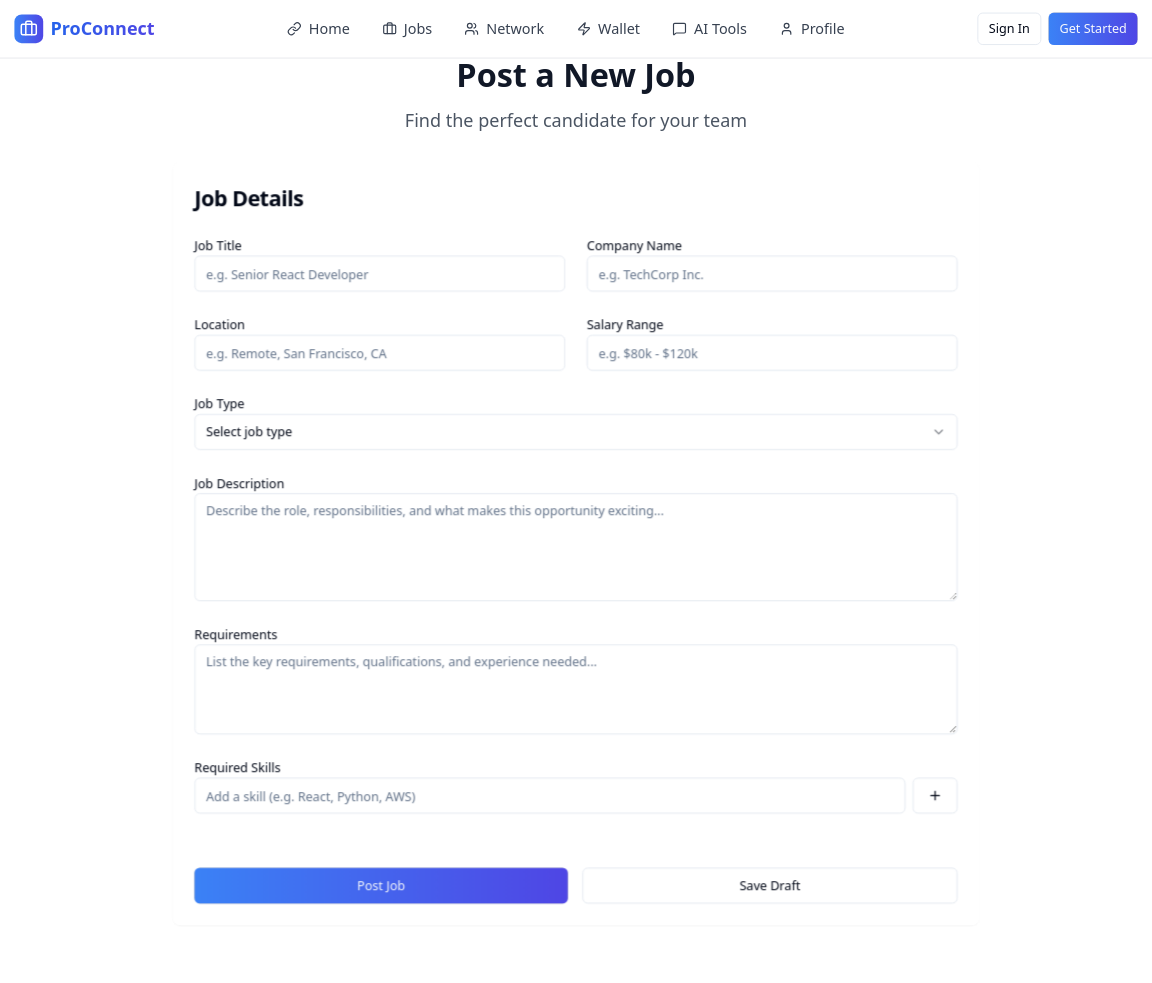
Repository: anjalikumari2207/connect-career-future
Page: /post-job (app in client/)
The author's editor kept a copy of each file at every save. The page is drawn from the files as they stood at one save, then again after the next save.
The browser window is 1280 px wide. The pictures show the whole page, at 90% of full size.
The project was rebuilt for these pictures with package versions that can differ from the ones it lists, and the page was loaded fresh each time. Also part of the build but not shown: client/vite.config.ts, client/src/components/ui/tooltip.tsx, client/src/pages/NotFound.tsx, client/src/pages/AuthPage.tsx, client/src/pages/ProfilePage.tsx, client/src/components/ui/badge.tsx, client/src/components/ui/avatar.tsx, client/src/api/job.ts and 5 more.

Above is the page before, as saved 2025-07-08 07:31:18.

### client/index.html

<!DOCTYPE html>
<html lang="en">
  <head>
    <meta charset="UTF-8" />
    <meta name="viewport" content="width=device-width, initial-scale=1.0" />
    <title>ProConnect - Professional Networking & Job Platform</title>
    <meta name="description" content="AI-powered professional networking and job platform with blockchain payments. Connect, discover opportunities, and grow your career." />
    <meta name="author" content="ProConnect" />

    <meta property="og:title" content="ProConnect - Professional Networking & Job Platform" />
    <meta property="og:description" content="AI-powered professional networking and job platform with blockchain payments. Connect, discover opportunities, and grow your career." />
    <meta property="og:type" content="website" />
    <meta property="og:image" content="https://lovable.dev/opengraph-image-p98pqg.png" />

    <meta name="twitter:card" content="summary_large_image" />
    <meta name="twitter:site" content="@proconnect_dev" />
    <meta name="twitter:image" content="https://lovable.dev/opengraph-image-p98pqg.png" />
  </head>

  <body>
    <div id="root"></div>
    <script type="module" src="/src/main.tsx"></script>
  </body>
</html>

### client/src/App.tsx
import { Toaster } from "@/components/ui/toaster";
import { Toaster as Sonner } from "@/components/ui/sonner";
import { TooltipProvider } from "@/components/ui/tooltip";
import { QueryClient, QueryClientProvider } from "@tanstack/react-query";
import { BrowserRouter, Routes, Route } from "react-router-dom";

import Navigation from "@/components/Navigation";
import NotFound from "@/pages/NotFound";
import AuthPage from "@/pages/AuthPage";
import ProfilePage from "@/pages/ProfilePage";
import PostJob from "@/pages/PostJob";
import JobFeed from "@/pages/JobFeed";
import Home from "@/pages/Home";
import NetworkingSection from "@/pages/NetworkingSection";
import WalletConnect from "@/pages/WalletConnect";
import AIFeatures from "@/pages/AIFeatures";

const queryClient = new QueryClient();

const App = () => (
  <QueryClientProvider client={queryClient}>
    <TooltipProvider>
      <Toaster />
      <Sonner />

      <BrowserRouter>
        {/* ✅ Show Navigation on every page */}
        <Navigation />

        {/* ✅ All routes */}
        <Routes>
          <Route path="/" element={<Home />} />
          <Route path="/auth" element={<AuthPage onLogin={(user) => console.log("Logged in:", user)} />} />
          <Route path="/post-job" element={<PostJob />} />
          <Route path="/jobs" element={<JobFeed />} />
          <Route path="/profile" element={<ProfilePage />} />
          <Route path="/network" element={<NetworkingSection />} />
          <Route path="/wallet" element={<WalletConnect />} />
          <Route path="/ai" element={<AIFeatures />} />
          <Route path="*" element={<NotFound />} />
        </Routes>
      </BrowserRouter>
    </TooltipProvider>
  </QueryClientProvider>
);

export default App;

### client/src/components/ui/toaster.tsx
import { useToast } from "@/hooks/use-toast"
import {
  Toast,
  ToastClose,
  ToastDescription,
  ToastProvider,
  ToastTitle,
  ToastViewport,
} from "@/components/ui/toast"

export function Toaster() {
  const { toasts } = useToast()

  return (
    <ToastProvider>
      {toasts.map(function ({ id, title, description, action, ...props }) {
        return (
          <Toast key={id} {...props}>
            <div className="grid gap-1">
              {title && <ToastTitle>{title}</ToastTitle>}
              {description && (
                <ToastDescription>{description}</ToastDescription>
              )}
            </div>
            {action}
            <ToastClose />
          </Toast>
        )
      })}
      <ToastViewport />
    </ToastProvider>
  )
}

### client/src/components/ui/sonner.tsx
import { useTheme } from "next-themes"
import { Toaster as Sonner, toast } from "sonner"

type ToasterProps = React.ComponentProps<typeof Sonner>

const Toaster = ({ ...props }: ToasterProps) => {
  const { theme = "system" } = useTheme()

  return (
    <Sonner
      theme={theme as ToasterProps["theme"]}
      className="toaster group"
      toastOptions={{
        classNames: {
          toast:
            "group toast group-[.toaster]:bg-background group-[.toaster]:text-foreground group-[.toaster]:border-border group-[.toaster]:shadow-lg",
          description: "group-[.toast]:text-muted-foreground",
          actionButton:
            "group-[.toast]:bg-primary group-[.toast]:text-primary-foreground",
          cancelButton:
            "group-[.toast]:bg-muted group-[.toast]:text-muted-foreground",
        },
      }}
      {...props}
    />
  )
}

export { Toaster, toast }

### client/src/pages/PostJob.tsx
import { useState } from "react";
import { Card, CardContent, CardHeader, CardTitle } from "@/components/ui/card";
import { Button } from "@/components/ui/button";
import { Input } from "@/components/ui/input";
import { Textarea } from "@/components/ui/textarea";
import { Label } from "@/components/ui/label";
import { Select, SelectContent, SelectItem, SelectTrigger, SelectValue } from "@/components/ui/select";
import { Badge } from "@/components/ui/badge";
import { X, Plus } from "lucide-react";
import { useToast } from "@/hooks/use-toast";
import { useWallet } from "@/hooks/useWallet";
import axios from "@/api/axios"; // ✅ use your token-enabled Axios instance

const PostJob = () => {
  const [jobData, setJobData] = useState({
    title: "",
    company: "",
    location: "",
    salary: "",
    type: "",
    description: "",
    requirements: "",
  });
  const [skills, setSkills] = useState<string[]>([]);
  const [newSkill, setNewSkill] = useState("");
  const { toast } = useToast();
  const { walletAddress, isConnected, connectWallet } = useWallet();

  {!isConnected ? (
  <button
    onClick={connectWallet}
    className="bg-purple-600 text-white px-4 py-2 rounded"
  >
    Connect Wallet
  </button>
) : (
  <p className="text-green-600 font-semibold mb-2">
    ✅ Wallet Connected: {walletAddress}
  </p>
)}

  const handleInputChange = (field: string, value: string) => {
    setJobData(prev => ({ ...prev, [field]: value }));
  };

  const addSkill = () => {
    if (newSkill.trim() && !skills.includes(newSkill.trim())) {
      setSkills([...skills, newSkill.trim()]);
      setNewSkill("");
    }
  };

  const removeSkill = (skillToRemove: string) => {
    setSkills(skills.filter(skill => skill !== skillToRemove));
  };

  const handleSubmit = async (e: React.FormEvent) => {
    e.preventDefault();

    try {
      const payload = { ...jobData, skills };
      const res = await axios.post("/jobs", payload);

      console.log("✅ Job posted:", res.data);

      toast({
        title: "Job Posted Successfully!",
        description: "Your job listing is now live and visible to candidates.",
      });

      // Reset form
      setJobData({
        title: "",
        company: "",
        location: "",
        salary: "",
        type: "",
        description: "",
        requirements: "",
      });
      setSkills([]);
    } catch (err: any) {
      console.error("❌ Job post failed", err);
      toast({
        title: "Error posting job",
        description: err.response?.data?.msg || "Something went wrong",
        variant: "destructive",
      });
    }
  };

  return (
    <div className="py-16 px-4">
      <div className="max-w-4xl mx-auto">
        <div className="text-center mb-8">
          <h2 className="text-4xl font-bold text-gray-900 mb-4">
            Post a New Job
          </h2>
          <p className="text-xl text-gray-600">
            Find the perfect candidate for your team
          </p>
        </div>

        <Card className="border-0 bg-white/80 backdrop-blur-sm">
          <CardHeader>
            <CardTitle className="text-2xl">Job Details</CardTitle>
          </CardHeader>
          <CardContent>
            <form onSubmit={handleSubmit} className="space-y-6">
              <div className="grid md:grid-cols-2 gap-6">
                <div>
                  <Label htmlFor="title">Job Title</Label>
                  <Input
                    id="title"
                    value={jobData.title}
                    onChange={(e) => handleInputChange("title", e.target.value)}
                    placeholder="e.g. Senior React Developer"
                    required
                  />
                </div>
                <div>
                  <Label htmlFor="company">Company Name</Label>
                  <Input
                    id="company"
                    value={jobData.company}
                    onChange={(e) => handleInputChange("company", e.target.value)}
                    placeholder="e.g. TechCorp Inc."
                    required
                  />
                </div>
              </div>

              <div className="grid md:grid-cols-2 gap-6">
                <div>
                  <Label htmlFor="location">Location</Label>
                  <Input
                    id="location"
                    value={jobData.location}
                    onChange={(e) => handleInputChange("location", e.target.value)}
                    placeholder="e.g. Remote, San Francisco, CA"
                    required
                  />
                </div>
                <div>
                  <Label htmlFor="salary">Salary Range</Label>
                  <Input
                    id="salary"
                    value={jobData.salary}
                    onChange={(e) => handleInputChange("salary", e.target.value)}
                    placeholder="e.g. $80k - $120k"
                    required
                  />
                </div>
              </div>

              <div>
                <Label htmlFor="type">Job Type</Label>
                <Select value={jobData.type} onValueChange={(value) => handleInputChange("type", value)}>
                  <SelectTrigger>
                    <SelectValue placeholder="Select job type" />
                  </SelectTrigger>
                  <SelectContent>
                    <SelectItem value="full-time">Full-time</SelectItem>
                    <SelectItem value="part-time">Part-time</SelectItem>
                    <SelectItem value="contract">Contract</SelectItem>
                    <SelectItem value="freelance">Freelance</SelectItem>
                    <SelectItem value="internship">Internship</SelectItem>
                  </SelectContent>
                </Select>
              </div>

              <div>
                <Label htmlFor="description">Job Description</Label>
                <Textarea
                  id="description"
                  value={jobData.description}
                  onChange={(e) => handleInputChange("description", e.target.value)}
                  placeholder="Describe the role, responsibilities, and what makes this opportunity exciting..."
                  className="min-h-[120px]"
                  required
                />
              </div>

              <div>
                <Label htmlFor="requirements">Requirements</Label>
                <Textarea
                  id="requirements"
                  value={jobData.requirements}
                  onChange={(e) => handleInputChange("requirements", e.target.value)}
                  placeholder="List the key requirements, qualifications, and experience needed..."
                  className="min-h-[100px]"
                  required
                />
              </div>

              <div>
                <Label>Required Skills</Label>
                <div className="flex gap-2 mb-3">
                  <Input
                    value={newSkill}
                    onChange={(e) => setNewSkill(e.target.value)}
                    placeholder="Add a skill (e.g. React, Python, AWS)"
                    onKeyPress={(e) => e.key === 'Enter' && (e.preventDefault(), addSkill())}
                  />
                  <Button type="button" onClick={addSkill} variant="outline">
                    <Plus className="w-4 h-4" />
                  </Button>
                </div>
                <div className="flex flex-wrap gap-2">
                  {skills.map((skill) => (
                    <Badge key={skill} variant="secondary" className="flex items-center gap-1">
                      {skill}
                      <X
                        className="w-3 h-3 cursor-pointer hover:text-red-500"
                        onClick={() => removeSkill(skill)}
                      />
                    </Badge>
                  ))}
                </div>
              </div>

              <div className="flex gap-4 pt-6">
                <Button type="submit" className="flex-1 bg-gradient-to-r from-blue-500 to-indigo-600 hover:from-blue-600 hover:to-indigo-700">
                  Post Job
                </Button>
                <Button type="button" variant="outline" className="flex-1">
                  Save Draft
                </Button>
              </div>
            </form>
          </CardContent>
        </Card>
      </div>
    </div>
  );
};

export default PostJob;

### client/src/api/axios.ts
// src/api/axios.ts
import axios from "axios";

const instance = axios.create({
  baseURL: "http://localhost:5000/api",
});

instance.interceptors.request.use((config) => {
  const token = localStorage.getItem("token");
  if (token) {
    config.headers.Authorization = token;
  }
  return config;
});

export default instance;

### client/src/components/ui/card.tsx
import * as React from "react"

import { cn } from "@/lib/utils"

const Card = React.forwardRef<
  HTMLDivElement,
  React.HTMLAttributes<HTMLDivElement>
>(({ className, ...props }, ref) => (
  <div
    ref={ref}
    className={cn(
      "rounded-lg border bg-card text-card-foreground shadow-sm",
      className
    )}
    {...props}
  />
))
Card.displayName = "Card"

const CardHeader = React.forwardRef<
  HTMLDivElement,
  React.HTMLAttributes<HTMLDivElement>
>(({ className, ...props }, ref) => (
  <div
    ref={ref}
    className={cn("flex flex-col space-y-1.5 p-6", className)}
    {...props}
  />
))
CardHeader.displayName = "CardHeader"

const CardTitle = React.forwardRef<
  HTMLParagraphElement,
  React.HTMLAttributes<HTMLHeadingElement>
>(({ className, ...props }, ref) => (
  <h3
    ref={ref}
    className={cn(
      "text-2xl font-semibold leading-none tracking-tight",
      className
    )}
    {...props}
  />
))
CardTitle.displayName = "CardTitle"

const CardDescription = React.forwardRef<
  HTMLParagraphElement,
  React.HTMLAttributes<HTMLParagraphElement>
>(({ className, ...props }, ref) => (
  <p
    ref={ref}
    className={cn("text-sm text-muted-foreground", className)}
    {...props}
  />
))
CardDescription.displayName = "CardDescription"

const CardContent = React.forwardRef<
  HTMLDivElement,
  React.HTMLAttributes<HTMLDivElement>
>(({ className, ...props }, ref) => (
  <div ref={ref} className={cn("p-6 pt-0", className)} {...props} />
))
CardContent.displayName = "CardContent"

const CardFooter = React.forwardRef<
  HTMLDivElement,
  React.HTMLAttributes<HTMLDivElement>
>(({ className, ...props }, ref) => (
  <div
    ref={ref}
    className={cn("flex items-center p-6 pt-0", className)}
    {...props}
  />
))
CardFooter.displayName = "CardFooter"

export { Card, CardHeader, CardFooter, CardTitle, CardDescription, CardContent }

### client/src/components/ui/input.tsx
import * as React from "react"

import { cn } from "@/lib/utils"

const Input = React.forwardRef<HTMLInputElement, React.ComponentProps<"input">>(
  ({ className, type, ...props }, ref) => {
    return (
      <input
        type={type}
        className={cn(
          "flex h-10 w-full rounded-md border border-input bg-background px-3 py-2 text-base ring-offset-background file:border-0 file:bg-transparent file:text-sm file:font-medium file:text-foreground placeholder:text-muted-foreground focus-visible:outline-none focus-visible:ring-2 focus-visible:ring-ring focus-visible:ring-offset-2 disabled:cursor-not-allowed disabled:opacity-50 md:text-sm",
          className
        )}
        ref={ref}
        {...props}
      />
    )
  }
)
Input.displayName = "Input"

export { Input }

### client/src/components/ui/textarea.tsx
import * as React from "react"

import { cn } from "@/lib/utils"

export interface TextareaProps
  extends React.TextareaHTMLAttributes<HTMLTextAreaElement> {}

const Textarea = React.forwardRef<HTMLTextAreaElement, TextareaProps>(
  ({ className, ...props }, ref) => {
    return (
      <textarea
        className={cn(
          "flex min-h-[80px] w-full rounded-md border border-input bg-background px-3 py-2 text-sm ring-offset-background placeholder:text-muted-foreground focus-visible:outline-none focus-visible:ring-2 focus-visible:ring-ring focus-visible:ring-offset-2 disabled:cursor-not-allowed disabled:opacity-50",
          className
        )}
        ref={ref}
        {...props}
      />
    )
  }
)
Textarea.displayName = "Textarea"

export { Textarea }

### client/src/components/ui/label.tsx
import * as React from "react"
import * as LabelPrimitive from "@radix-ui/react-label"
import { cva, type VariantProps } from "class-variance-authority"

import { cn } from "@/lib/utils"

const labelVariants = cva(
  "text-sm font-medium leading-none peer-disabled:cursor-not-allowed peer-disabled:opacity-70"
)

const Label = React.forwardRef<
  React.ElementRef<typeof LabelPrimitive.Root>,
  React.ComponentPropsWithoutRef<typeof LabelPrimitive.Root> &
    VariantProps<typeof labelVariants>
>(({ className, ...props }, ref) => (
  <LabelPrimitive.Root
    ref={ref}
    className={cn(labelVariants(), className)}
    {...props}
  />
))
Label.displayName = LabelPrimitive.Root.displayName

export { Label }

### client/src/hooks/useWallet.ts
import { useEffect, useState } from "react";
import { ethers } from "ethers";

export function useWallet() {
  const [walletAddress, setWalletAddress] = useState<string | null>(null);
  const [isConnected, setIsConnected] = useState(false);

  useEffect(() => {
    const checkWallet = async () => {
      if ((window as any).ethereum) {
        const provider = new ethers.BrowserProvider((window as any).ethereum);
        const accounts = await provider.listAccounts();
        if (accounts.length > 0) {
          setWalletAddress(accounts[0].address);
          setIsConnected(true);
        }
      }
    };

    checkWallet();
  }, []);

  const connectWallet = async () => {
    if (!(window as any).ethereum) {
      alert("MetaMask not found! Install it first.");
      return;
    }

    try {
      const provider = new ethers.BrowserProvider((window as any).ethereum);
      const accounts = await provider.send("eth_requestAccounts", []);
      if (accounts.length > 0) {
        setWalletAddress(accounts[0]);
        setIsConnected(true);
      }
    } catch (err) {
      console.error("Connection failed", err);
    }
  };

  return { walletAddress, isConnected, connectWallet };
}

Loaded but not shown: client/src/main.tsx (common file); client/src/index.css (common file); client/src/hooks/use-toast.ts (common file); client/src/lib/utils.ts (common file); client/tailwind.config.ts (common file); client/src/components/ui/select.tsx (158 lines, source omitted); client/src/components/ui/toast.tsx (127 lines, source omitted); client/src/components/Navigation.tsx (67 lines, source omitted); client/src/components/ui/button.tsx (56 lines, source omitted)

After the next save:
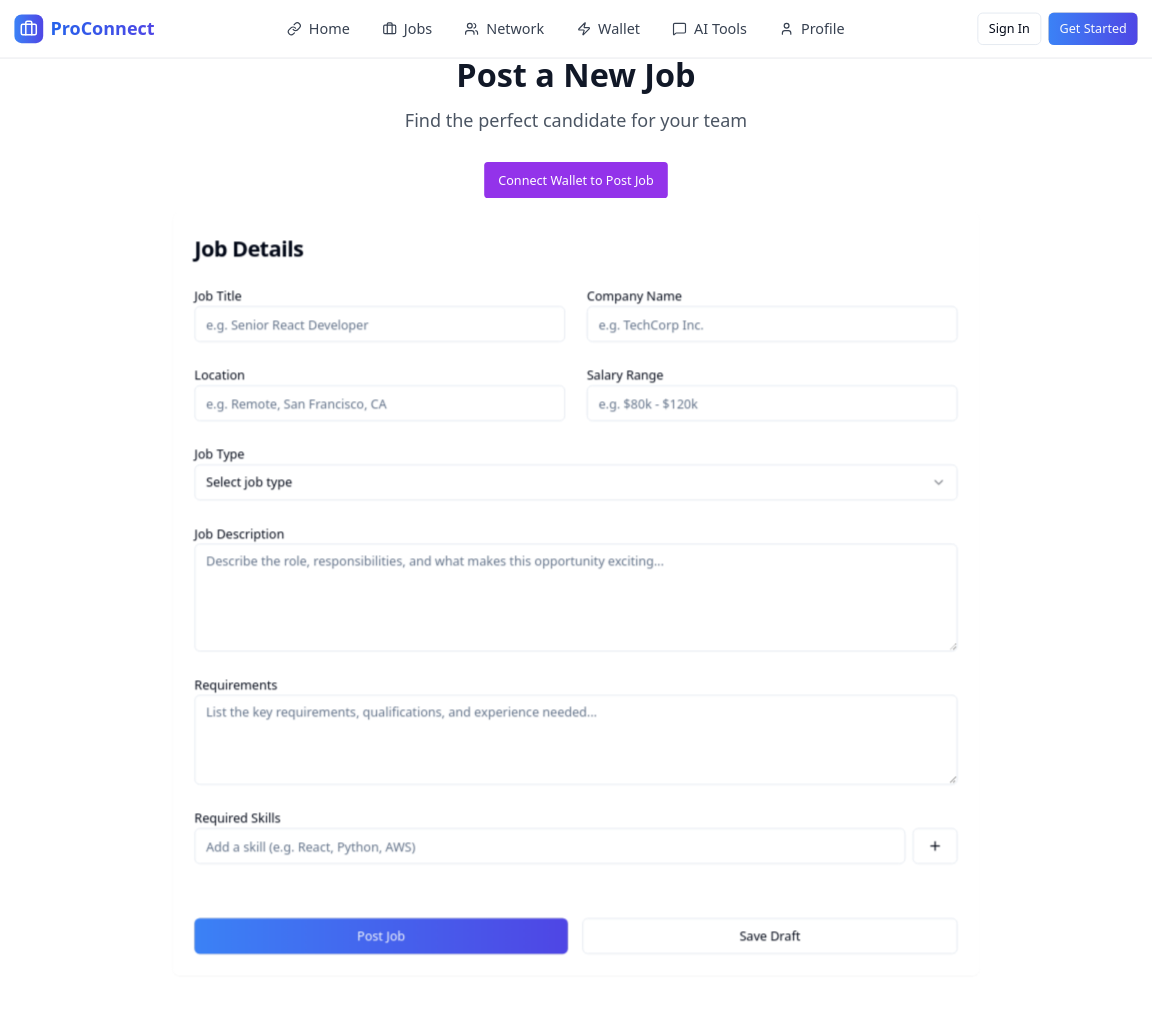
Saved 2 min 10 s later.
--- a/client/src/pages/PostJob.tsx
+++ b/client/src/pages/PostJob.tsx
@@ -9,7 +9,7 @@ import { Badge } from "@/components/ui/badge";
 import { X, Plus } from "lucide-react";
 import { useToast } from "@/hooks/use-toast";
 import { useWallet } from "@/hooks/useWallet";
-import axios from "@/api/axios"; // ✅ use your token-enabled Axios instance
+import axios from "@/api/axios";
 
 const PostJob = () => {
   const [jobData, setJobData] = useState({
@@ -26,19 +26,6 @@ const PostJob = () => {
   const { toast } = useToast();
   const { walletAddress, isConnected, connectWallet } = useWallet();
 
-  {!isConnected ? (
-  <button
-    onClick={connectWallet}
-    className="bg-purple-600 text-white px-4 py-2 rounded"
-  >
-    Connect Wallet
-  </button>
-) : (
-  <p className="text-green-600 font-semibold mb-2">
-    ✅ Wallet Connected: {walletAddress}
-  </p>
-)}
-
   const handleInputChange = (field: string, value: string) => {
     setJobData(prev => ({ ...prev, [field]: value }));
   };
@@ -57,6 +44,15 @@ const PostJob = () => {
   const handleSubmit = async (e: React.FormEvent) => {
     e.preventDefault();
 
+    if (!isConnected) {
+      toast({
+        title: "Wallet Not Connected",
+        description: "Please connect your wallet before posting.",
+        variant: "destructive",
+      });
+      return;
+    }
+
     try {
       const payload = { ...jobData, skills };
       const res = await axios.post("/jobs", payload);
@@ -68,7 +64,6 @@ const PostJob = () => {
         description: "Your job listing is now live and visible to candidates.",
       });
 
-      // Reset form
       setJobData({
         title: "",
         company: "",
@@ -93,13 +88,20 @@ const PostJob = () => {
     <div className="py-16 px-4">
       <div className="max-w-4xl mx-auto">
         <div className="text-center mb-8">
-          <h2 className="text-4xl font-bold text-gray-900 mb-4">
-            Post a New Job
-          </h2>
-          <p className="text-xl text-gray-600">
-            Find the perfect candidate for your team
-          </p>
+          <h2 className="text-4xl font-bold text-gray-900 mb-4">Post a New Job</h2>
+          <p className="text-xl text-gray-600">Find the perfect candidate for your team</p>
         </div>
+
+        {!isConnected && (
+          <div className="mb-4 text-center">
+            <Button
+              onClick={connectWallet}
+              className="bg-purple-600 text-white px-4 py-2 rounded hover:bg-purple-700"
+            >
+              Connect Wallet to Post Job
+            </Button>
+          </div>
+        )}
 
         <Card className="border-0 bg-white/80 backdrop-blur-sm">
           <CardHeader>
@@ -210,10 +212,7 @@ const PostJob = () => {
                   {skills.map((skill) => (
                     <Badge key={skill} variant="secondary" className="flex items-center gap-1">
                       {skill}
-                      <X
-                        className="w-3 h-3 cursor-pointer hover:text-red-500"
-                        onClick={() => removeSkill(skill)}
-                      />
+                      <X className="w-3 h-3 cursor-pointer hover:text-red-500" onClick={() => removeSkill(skill)} />
                     </Badge>
                   ))}
                 </div>
